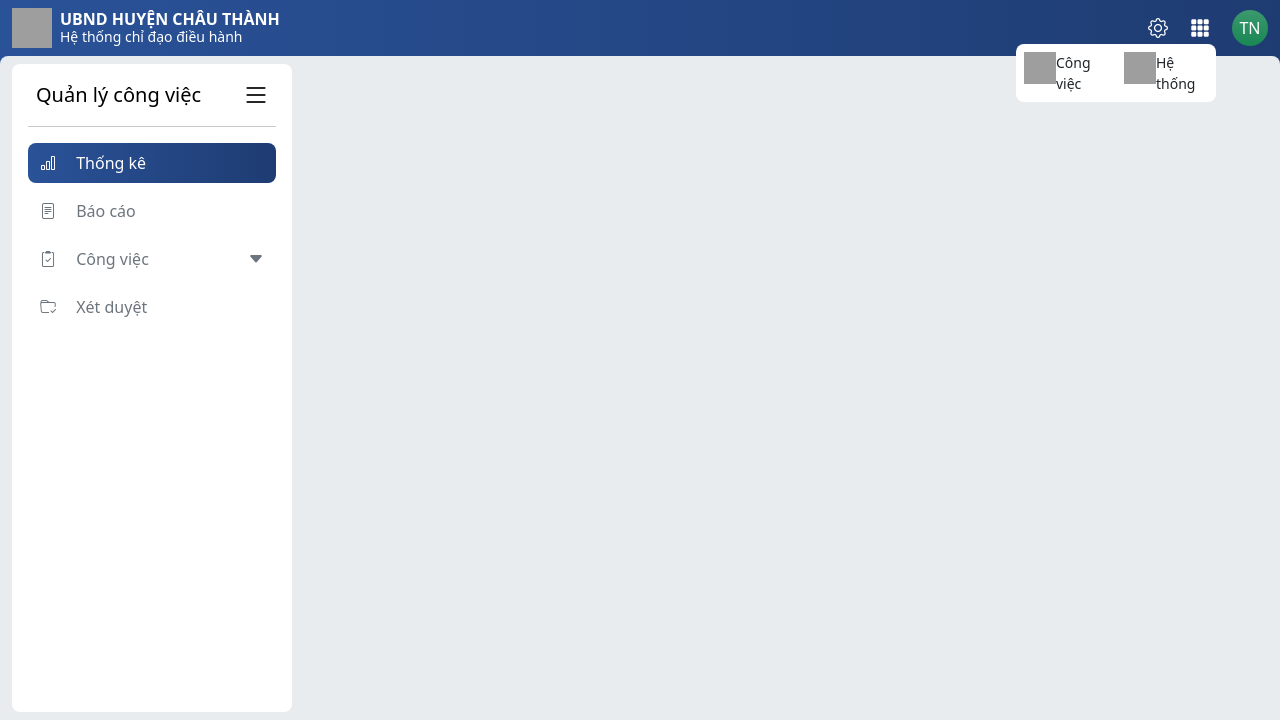
Repository: mys-pro/DATT-HeThongChiDaoDieuHanh
Page: index.html
These files come from the project's save history. The page is drawn as it stood at one moment and after the next save; the edit follows.
The browser window is 1280 px wide. The pictures show the whole page.
Pictures or frames that could not be fetched are drawn as grey boxes.

Above is the page before, as saved 2024-04-21 15:07:09.

### index.html
<!DOCTYPE html>
<html lang="en">

<head>
    <meta charset="UTF-8">
    <meta name="viewport" content="width=device-width, initial-scale=1.0">
    <link rel="icon" href="./Assets/Image/icon.png" />
    <title>Hệ thống chỉ đạo điều hành</title>
    <link rel="stylesheet" href="./Bootstrap/bootstrap-icons-1.11.3/font/bootstrap-icons.min.css">
    <link rel="stylesheet" href="./Bootstrap/bootstrap-5.3.3-dist/css/bootstrap.min.css">
    <link rel="stylesheet" href="./Assets/css/Styles.css">
    <script src="./Assets/js/jquery-3.7.1.min.js"></script>
    <script src="./Bootstrap/bootstrap-5.3.3-dist/js/bootstrap.bundle.min.js"></script>
    <script src="./Assets/js/script.js"></script>
</head>

<body>
    <div class="app">
        <header class="header">
            <nav class="header__navbar navbar">
                <div class="header__navbar-container container-fluid">
                    <a href="#" class="header__navbar-logo navbar-brand p-0 d-flex">
                        <img class="header__navbar-img" src="./Assets/Image/Logo.png" alt="">
                        <div class="header__navbar-name mx-2 text-white align-content-center">
                            <h6 class="fw-bold p-0 m-0">UBND HUYỆN CHÂU THÀNH</h6>
                            <h6 class="fw-normal p-0 m-0">Hệ thống chỉ đạo điều hành</h6>
                        </div>
                    </a>

                    <ul class="header__navbar-list list-inline p-0 m-0 d-flex">
                        <li class="header__navbar-item ms-3 align-content-center">
                            <a class="border-0 bg-transparent rounded-circle text-white">
                                <i class="bi bi-gear fs-5"></i>
                            </a>
                        </li>
                        <li class="header__navbar-item ms-3 align-content-center position-relative">
                            <button type="button" class="border-0 bg-transparent rounded-circle text-white"
                                id="dropdown-apps">
                                <i class="bi bi-grid-3x3-gap-fill fs-5"></i>
                            </button>
                            <div class="list-apps bg-white rounded-3 position-absolute p-2">
                                <div class="row row-cols-2 gx-3">
                                    <div class="col d-flex">
                                        <img src="./Assets/Image/task-icon.png" alt="" width="32px" height="32px">
                                        Công việc
                                    </div>
                                    <div class="col d-flex">
                                        <img src="./Assets/Image/admin-icon.png" alt="" width="32px" height="32px">
                                        Hệ thống
                                    </div>
                                </div>
                            </div>
                        </li>
                        <li class="header__navbar-item ms-3">
                            <div
                                class="header__navbar-avatar border-0 bg-success bg-gradient rounded-circle text-white text-center align-content-center">
                                TN</div>
                        </li>
                    </ul>
                </div>
            </nav>
        </header>

        <div class="app__container bg-body-secondary rounded-top-3 py-2">
            <div class="container-fluid">
                <div class="sidebar bg-white rounded-3 p-3 open">
                    <div class="side__bar-tile d-flex position-relative">
                        <span class="ms-2 text-black fs-5 text-nowrap">Quản lý công việc</span>
                        <button type="button"
                            class="sidebar__collapse-btn border-0 bg-white position-absolute text-end end-0">
                            <i class="bi bi-list"></i>
                        </button>
                    </div>
                    <hr>

                    <ul class="sidebar-list list-unstyled p-0 m-0">
                        <li class="sidebar-item mb-2">
                            <a href="#" class="rounded-3 text-secondary text-nowrap d-block active">
                                <i class="bi bi-bar-chart me-3"></i>
                                <span>Thống kê</span>
                            </a>
                        </li>

                        <li class="sidebar-item mb-2">
                            <a href="#" class="rounded-3 text-secondary text-nowrap d-block">
                                <i class="bi bi-file-text me-3"></i>
                                <span>Báo cáo</span>
                            </a>
                        </li>

                        <li class="sidebar-item mb-2">
                            <a href="#" class="position-relative rounded-3 text-secondary text-nowrap d-block collapsed"
                                data-bs-toggle="collapse" data-bs-target="#sidebarToggleExternalContent">
                                <i class="bi bi-clipboard2-check me-3"></i>
                                <span>Công việc</span>
                                <i class="bi bi-caret-down-fill"></i>
                            </a>

                            <ul class="sidebar-list-child collapse list-inline text-secondary text-nowrap"
                                id="sidebarToggleExternalContent">
                                <li class="sidebar-item-child mt-2">
                                    <a href="#"
                                        class="text-secondary rounded-3 text-nowrap d-block d-flex justify-content-between align-items-center active">
                                        Tất cả
                                        <span class="badge text-bg-danger rounded-pill">1</span>
                                    </a>
                                </li>
                                <li class="sidebar-item-child mt-2">
                                    <a href="#"
                                        class="text-secondary rounded-3 text-nowrap d-block d-flex justify-content-between align-items-center">
                                        Dự thảo
                                        <span class="badge text-bg-danger rounded-pill">1</span>
                                    </a>
                                </li>
                                <li class="sidebar-item-child mt-2">
                                    <a href="#"
                                        class="text-secondary rounded-3 text-nowrap d-block d-flex justify-content-between align-items-center">
                                        Hoàn thành
                                        <span class="badge text-bg-danger rounded-pill">1</span>
                                    </a>
                                </li>
                                <li class="sidebar-item-child mt-2">
                                    <a href="#"
                                        class="text-secondary rounded-3 text-nowrap d-block d-flex justify-content-between align-items-center">
                                        Chờ phê duyệt
                                        <span class="badge text-bg-danger rounded-pill">1</span>
                                    </a>
                                </li>
                                <li class="sidebar-item-child mt-2">
                                    <a href="#"
                                        class="text-secondary rounded-3 text-nowrap d-block d-flex justify-content-between align-items-center">
                                        Làm lại
                                        <span class="badge text-bg-danger rounded-pill">1</span>
                                    </a>
                                </li>
                                <li class="sidebar-item-child mt-2">
                                    <a href="#"
                                        class="text-secondary rounded-3 text-nowrap d-block d-flex justify-content-between align-items-center">
                                        Bị hủy
                                        <span class="badge text-bg-danger rounded-pill">1</span>
                                    </a>
                                </li>
                            </ul>
                        </li>

                        <li class="sidebar-item mb-2">
                            <a href="#" class="rounded-3 text-secondary text-nowrap d-block">
                                <i class="bi bi-folder-check me-3"></i>
                                <span>Xét duyệt</span>
                            </a>
                        </li>
                    </ul>
                </div>
            </div>
        </div>
    </div>
</body>

</html>

### Assets/css/Styles.css
:root {
    --primary-color: #2a5298;
    --primary-gradient-color: linear-gradient(to left, #1e3c72, #2a5298);
    --bs-body-color: #212529;
}

body {
    overflow: auto;
}

.col-0 {
    display: none;
}

.app {
    background-image: var(--primary-gradient-color);
}
/* ======Navbar====== */
.header__navbar-img {
    width: 40px;
    height: 40px;
}

.header__navbar-name h6:first-child {
    font-size: 16px;
}

.header__navbar-name h6:last-child {
    font-size: 14px;
}

.header__navbar-avatar {
    width: 36px;
    height: 36px;
}

.header__navbar-item a {
    cursor: pointer;
}

.header__navbar-item span {
    top: 25%;
    right: -15px;
}

.list-apps {
    width: 200px;
    right: 0;
    font-size: 14px;
}

/* ======Sidebar====== */
.sidebar {
    --height: calc(100vh - 56px - 16px);
    min-height: var(--height);
    width: 72px;
    transition: all .2s ease-out;
}

.sidebar.open {
    width: 280px;
}

.sidebar a {
    padding: 8px 12px;
    text-decoration: none;
    overflow: hidden;
}

.sidebar span {
    overflow: hidden;
}

.sidebar__collapse-btn {
    font-size: 28px;
    line-height: 0;
}

.sidebar-list-child {
    overflow: hidden;
}

.sidebar-item > a:hover {
    background-color: rgba(0, 0, 0, 0.05) !important;
}

.sidebar-item > a:active {
    background-color: rgba(0, 0, 0, 0.1) !important;
}

.sidebar-item > a.active {
    background-image: var(--primary-gradient-color);
    color: white !important;
}

.sidebar:not(.open) .sidebar-list-child {
    display: none;
}

.sidebar-item > a[data-bs-toggle="collapse"].collapsed > i:last-child {
    position: absolute;
    right: 12px;
    top: 0.5rem;
    transform: rotate(0deg);
    transition: all .2s ease-out;
}

.sidebar-item > a[data-bs-toggle="collapse"] > i:last-child {
    position: absolute;
    right: 12px;
    top: 0.5rem;
    transform: rotate(180deg);
    transition: all .2s ease-out;
}

.sidebar:not(.open) .sidebar-item > a[data-bs-toggle="collapse"] > i:last-child {
    display: none;
}

.sidebar-item-child > a:not(.active):hover {
    background-color: rgba(0, 0, 0, 0.05) !important;
}

.sidebar-item-child > a:not(.active):active,
.sidebar-item-child > a.active {
    background-color: rgba(0, 0, 0, 0.1) !important;
}

@media (max-width: 576px) {
    .sidebar {
        display: none;
    }

    .header__navbar-list {
        display: none !important;
    }
}

### Assets/js/script.js
$(document).ready(function() {
    $('.sidebar__collapse-btn').click(function() {
        $(".sidebar").toggleClass("open");
    });

    $('.sidebar-item > a').click(function() {
        $('.sidebar-item > a').removeClass("active");
        $(this).addClass("active");
        $('#sidebarToggleExternalContent').collapse('hide');
    });

    $('.sidebar-item > a[data-bs-toggle="collapse"]').click(function() {
        $('.sidebar-item-child > a').removeClass("active");
        $('.sidebar-item-child > a:first').addClass("active");
      });

    $('.sidebar-item-child > a').click(function() {
        $('.sidebar-item-child > a').removeClass("active");
        $(this).addClass("active");
    });
});

Loaded but not shown: library/Bootstrap/bootstrap-icons-1.11.3/font/bootstrap-icons.min.css (library); library/Bootstrap/bootstrap-5.3.3-dist/css/bootstrap.min.css (library); Public/js/jquery-3.7.1.min.js (library); library/Bootstrap/bootstrap-5.3.3-dist/js/bootstrap.bundle.min.js (library)

After the next save:
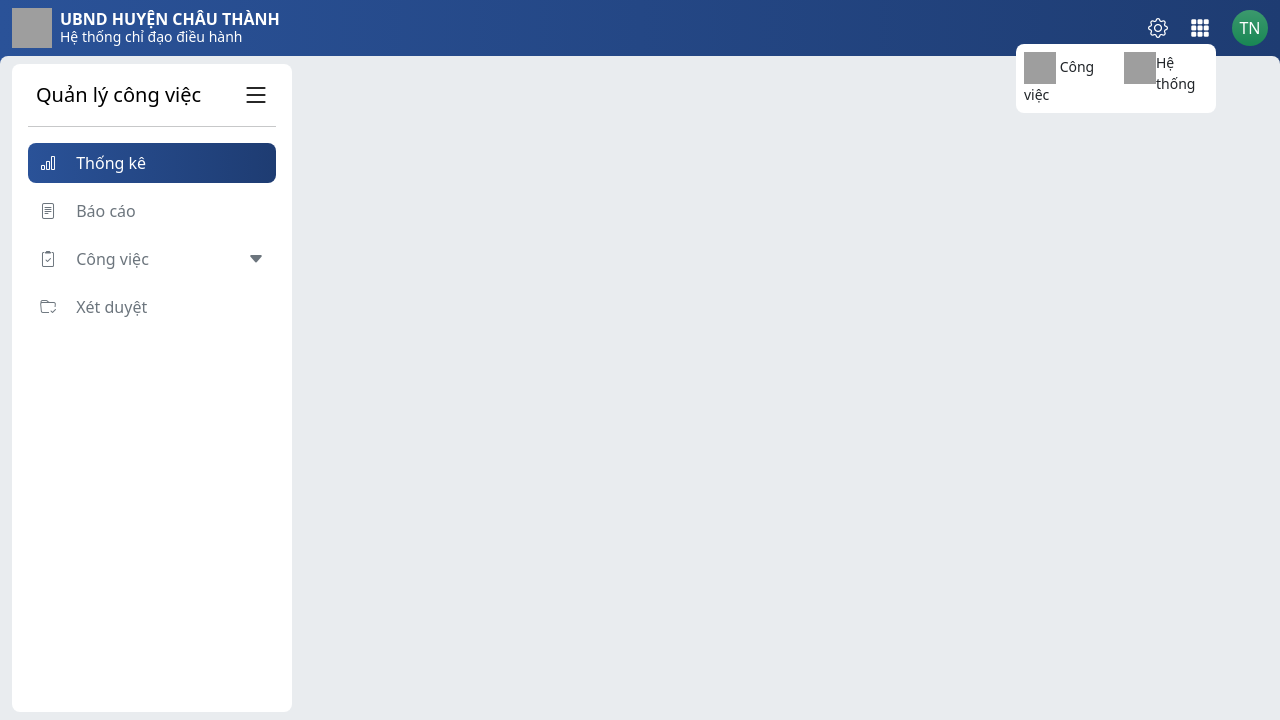
Saved 5 s later.
--- a/index.html
+++ b/index.html
@@ -40,7 +40,7 @@
                             </button>
                             <div class="list-apps bg-white rounded-3 position-absolute p-2">
                                 <div class="row row-cols-2 gx-3">
-                                    <div class="col d-flex">
+                                    <div class="col">
                                         <img src="./Assets/Image/task-icon.png" alt="" width="32px" height="32px">
                                         Công việc
                                     </div>
